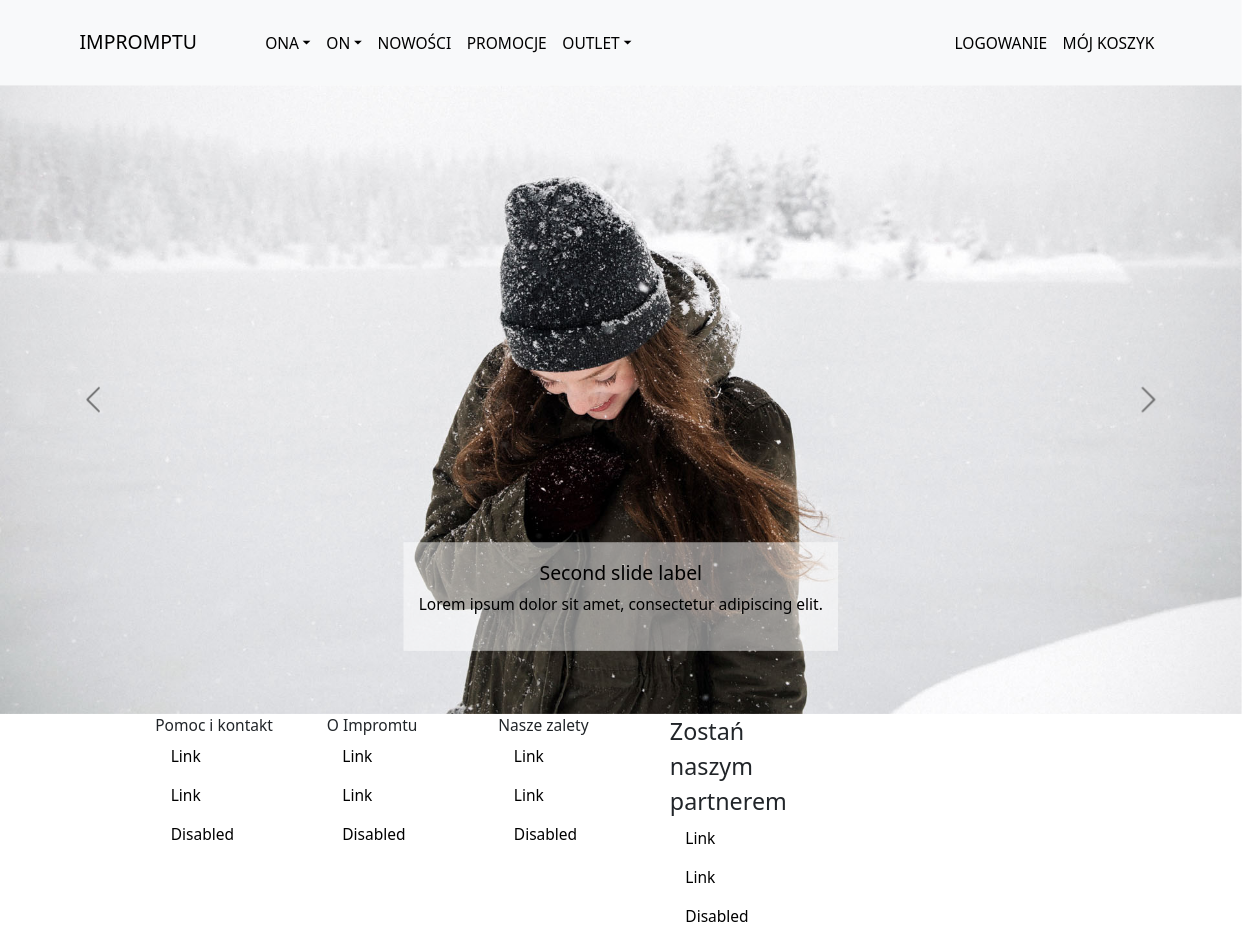
Repository: michalgornicki/Impromptu
Page: /
These files come from the project's save history. The page is drawn as it stood at one moment and after the next save; the edit follows.
The browser window is 1280 px wide. The pictures show the whole page, at 97% of full size.
The project was rebuilt for these pictures with package versions that can differ from the ones it lists, and the page was loaded fresh each time.

Above is the page before, as saved 2021-12-23 13:39:17.

After the next save:
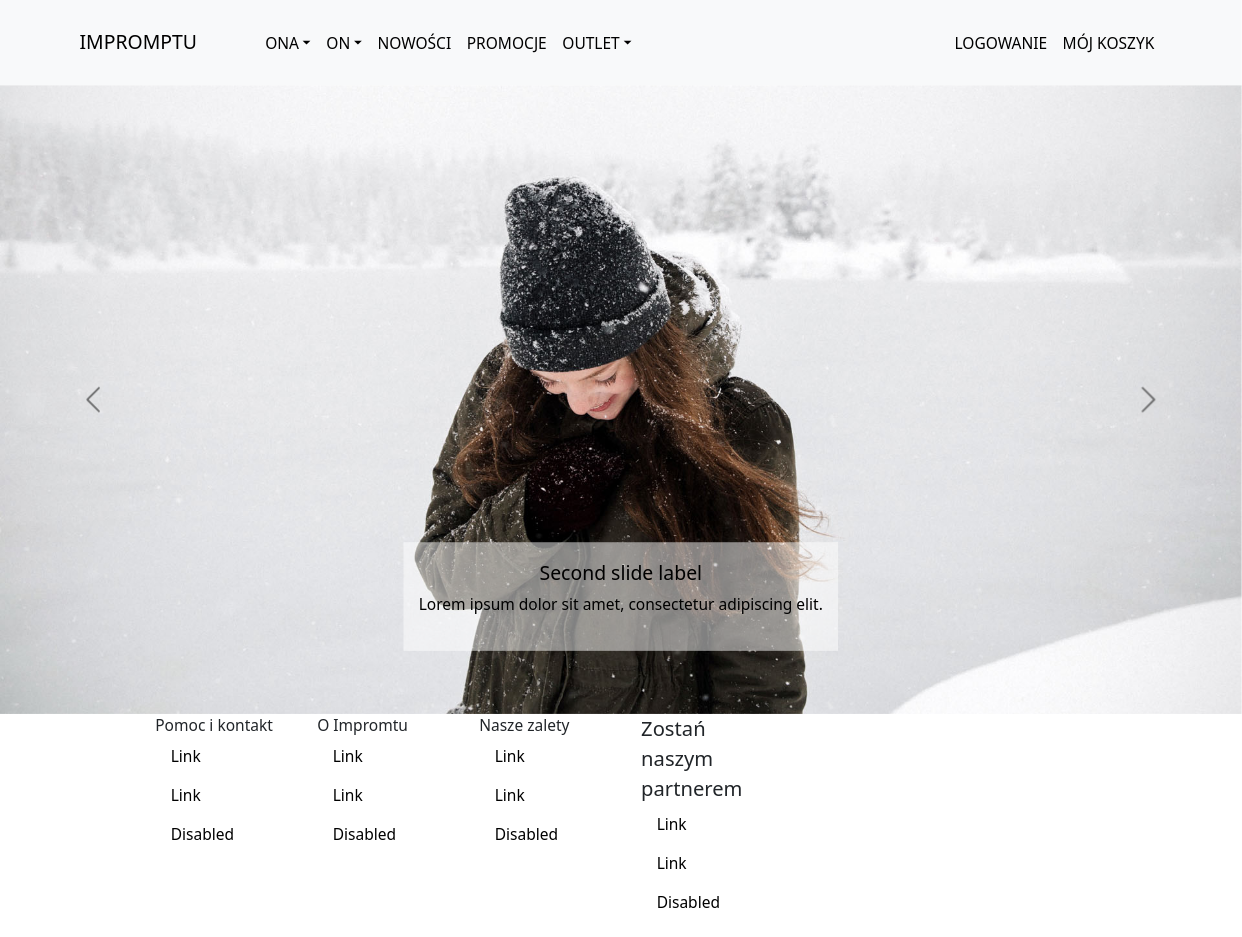
Saved 8 s later.
--- a/src/App.css
+++ b/src/App.css
@@ -3,7 +3,7 @@
 }
 
 .display-7{
-    font-size: 1.5rem;
+    font-size: 1.3rem;
 }
 
 .display-8{
